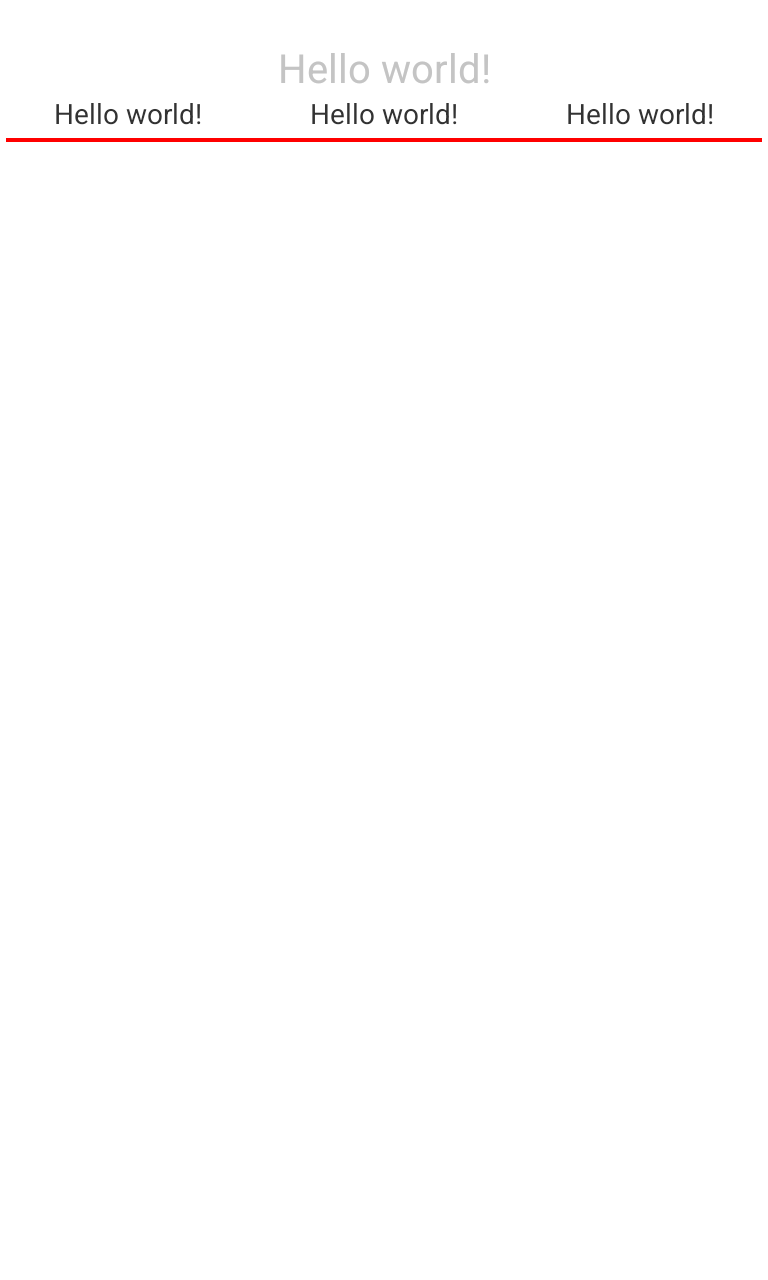
Repository: colincove/IAT381-Android
Layout: ColinCove_Assignment02/res/layout/activity_sensor_info.xml
These files come from the project's save history. The layout is drawn as it stood at one moment and after the next save; the edit follows.
It is drawn on a 768 x 1280 px phone screen (xhdpi) without system bars, with theme AppTheme; the app's code is not run.

Above is the layout before, as saved 2013-10-04 18:58:49.

### ColinCove_Assignment02/res/layout/activity_sensor_info.xml
<?xml version="1.0" encoding="utf-8"?>
<TableLayout xmlns:android="http://schemas.android.com/apk/res/android"
    android:layout_width="fill_parent"
    android:layout_height="fill_parent"
    android:orientation="vertical"
    android:id="@id/sensor_display_layout"
    android:stretchColumns="*"
     android:shrinkColumns="*"
     >
    <TableRow android:layout_width="wrap_content"
        android:layout_height="wrap_content"
        >
        <TextView
  android:textColor="@color/low_contrast"
  android:layout_marginTop="20dip"
            android:textSize="20sp"
            android:gravity="center"
           android:layout_span="3"
        android:layout_width="wrap_content"
        android:layout_height="wrap_content"
        android:text="@string/hello_world" />
    </TableRow>
      <TableRow android:layout_width="fill_parent"
        android:layout_height="wrap_content">
        <TextView
            android:gravity="center"
            android:layout_span="1"
        android:layout_width="wrap_content"
        android:layout_height="wrap_content"
        android:text="@string/hello_world" />
        <TextView
            android:gravity="center"
            android:layout_span="1"
        android:layout_width="wrap_content"
        android:layout_height="wrap_content"
        android:text="@string/hello_world" />
        <TextView
            android:gravity="center"
            android:layout_span="1"
        android:layout_width="wrap_content"
        android:layout_height="wrap_content"
        android:text="@string/hello_world" />
    </TableRow>
    <View
        android:layout_height="2dip"
        android:layout_margin="3dip"
        android:background="#FF0000" />
</TableLayout>

### ColinCove_Assignment02/res/values/colors.xml
<?xml version="1.0" encoding="utf-8"?>
<resources>
    <color name="low_contrast" >#c4c4c4</color>
</resources>

### ColinCove_Assignment02/res/values/strings.xml
<?xml version="1.0" encoding="utf-8"?>
<resources>

    <string name="app_name">ColinCove_Assignment02</string>
    <string name="action_settings">Settings</string>
    <string name="hello_world">Hello world!</string>
    <string name="test_btn">My Test Button</string>
    <!-- Sensor Info Titles -->
    <string name="resolution_title">Sensor Resolution</string>
    <string name="max_range_title">Max Range</string>
    <string name="min_delay_title">Min Range</string>
    <string name="power_title">Power</string>
<string name="type_title">Type</string>
<string name="vendor_title">Vendor</string>
<string name="version_title">Version</string>
</resources>

Loaded but not shown: ColinCove_Assignment02/res/values/styles.xml (common file); ColinCove_Assignment02/res/values-v11/styles.xml (common file); ColinCove_Assignment02/res/values-v14/styles.xml (common file)

After the next save:
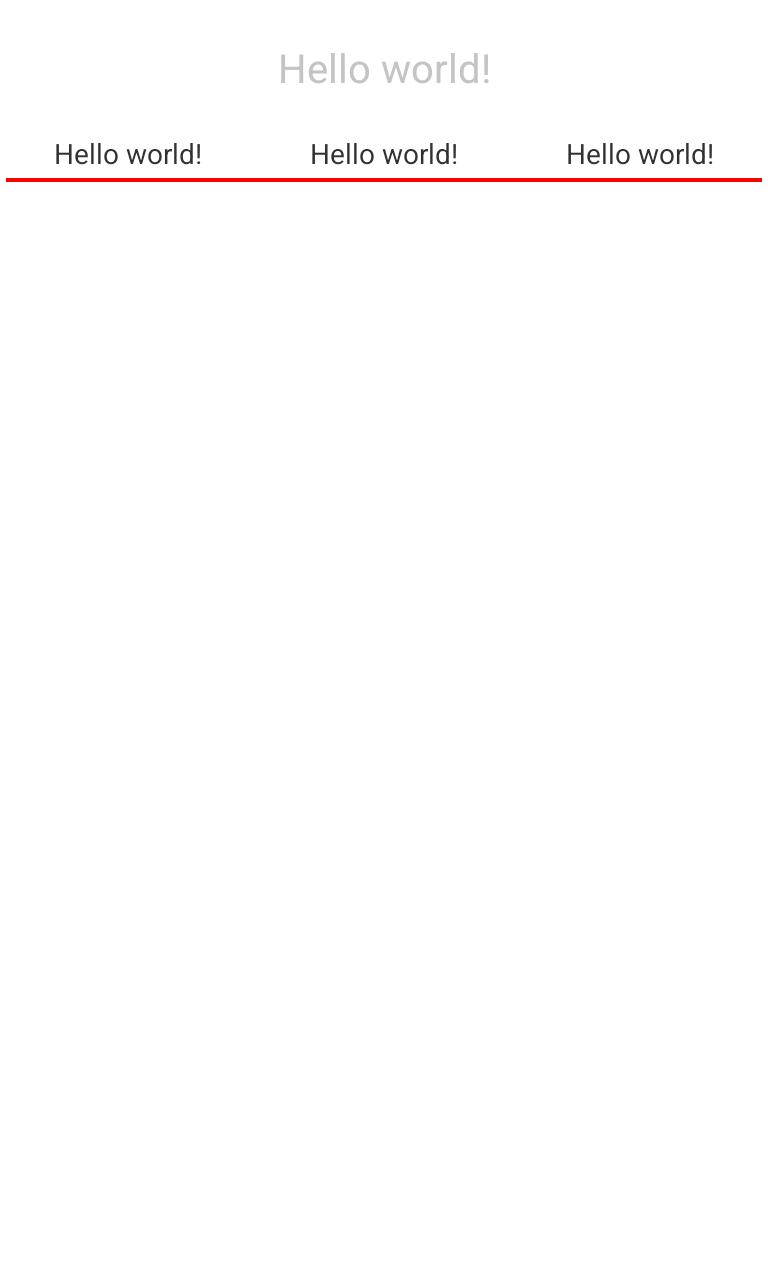
Saved 6 s later.
--- a/ColinCove_Assignment02/res/layout/activity_sensor_info.xml
+++ b/ColinCove_Assignment02/res/layout/activity_sensor_info.xml
@@ -13,6 +13,7 @@
         <TextView
   android:textColor="@color/low_contrast"
   android:layout_marginTop="20dip"
+  android:layout_marginBottom="20dip"
             android:textSize="20sp"
             android:gravity="center"
            android:layout_span="3"
